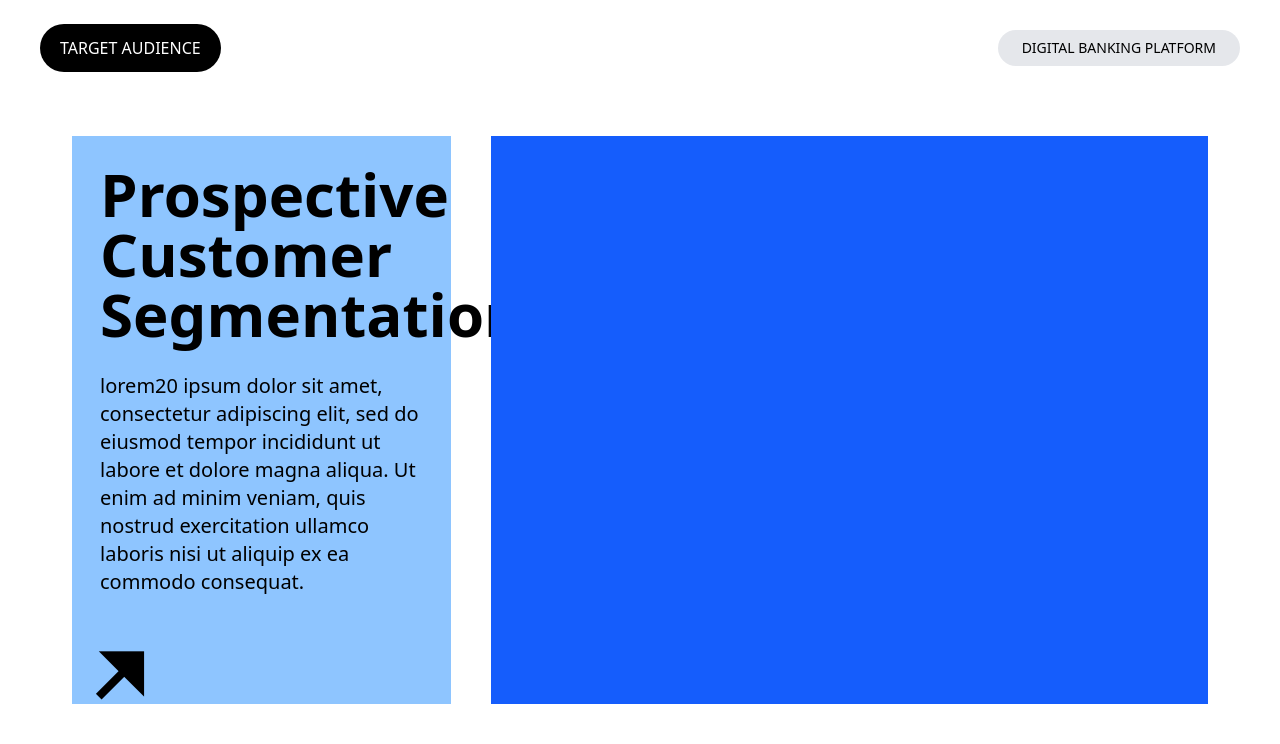
Repository: Mohitkumar1322/ReactTut
Page: / (app in projectSher1/)
The author's editor kept a copy of each file at every save. The page is drawn from the files as they stood at one save, then again after a run of saves.
The browser window is 1280 px wide. The pictures show the whole page.
The project was rebuilt for these pictures with package versions that can differ from the ones it lists, and the page was loaded fresh each time. Also part of the build but not shown: projectSher1/vite.config.js.

Above is the page before, as saved 2025-11-16 14:11:33.

After the next 2 saves:
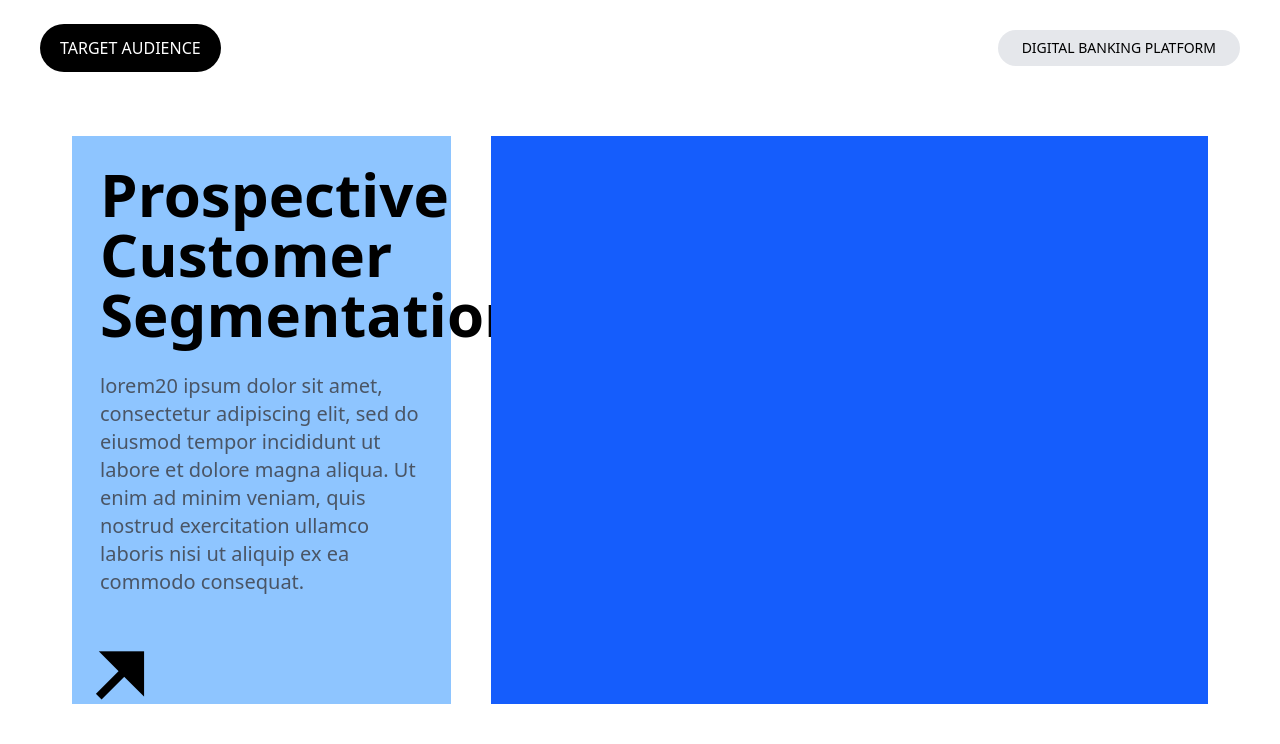
The 2 saves are shown as one change because they came seconds apart.
The last was saved 8 s later.
--- a/projectSher1/src/components/Section1/LeftContent.jsx
+++ b/projectSher1/src/components/Section1/LeftContent.jsx
@@ -7,7 +7,7 @@ const LeftContent = () => {
         <h3 className='mb-7 text-6xl font-bold'>
             Prospective<br></br> <span>Customer</span> <br />Segmentation
         </h3>
-        <p className='text-xl font-medium '>lorem20
+        <p className='text-xl font-medium text-gray-600'>lorem20
             ipsum dolor sit amet, consectetur adipiscing elit, sed do eiusmod tempor incididunt ut labore et dolore magna aliqua. Ut enim ad minim veniam, quis nostrud exercitation ullamco laboris nisi ut aliquip ex ea commodo consequat.
         </p>
       </div>
